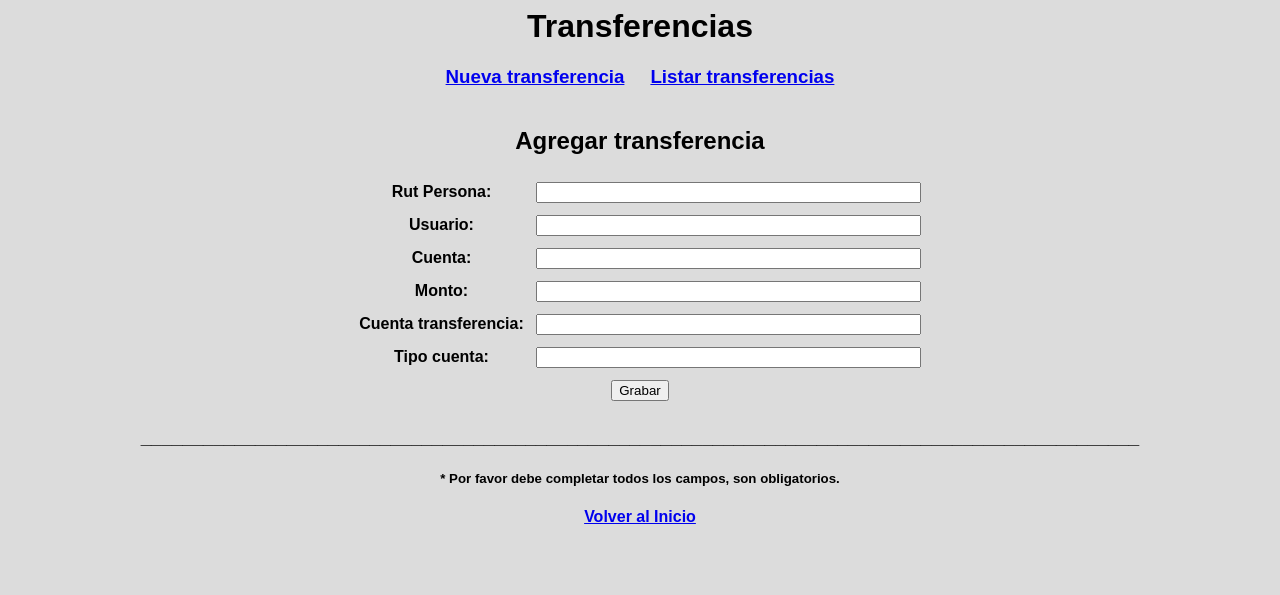
Repository: miguelalvarezcl/examen
Page: http://localhost/CtaCorriente/newtransferencia
An editor plug-in stored every save of this project. The page is shown before and after the next save, followed by the edit.
The browser window is 1280 px wide. The pictures show the whole page.
The page is served by Tomcat 9.

Above is the page before, as saved 2021-11-13 22:47:18.

After the next save:
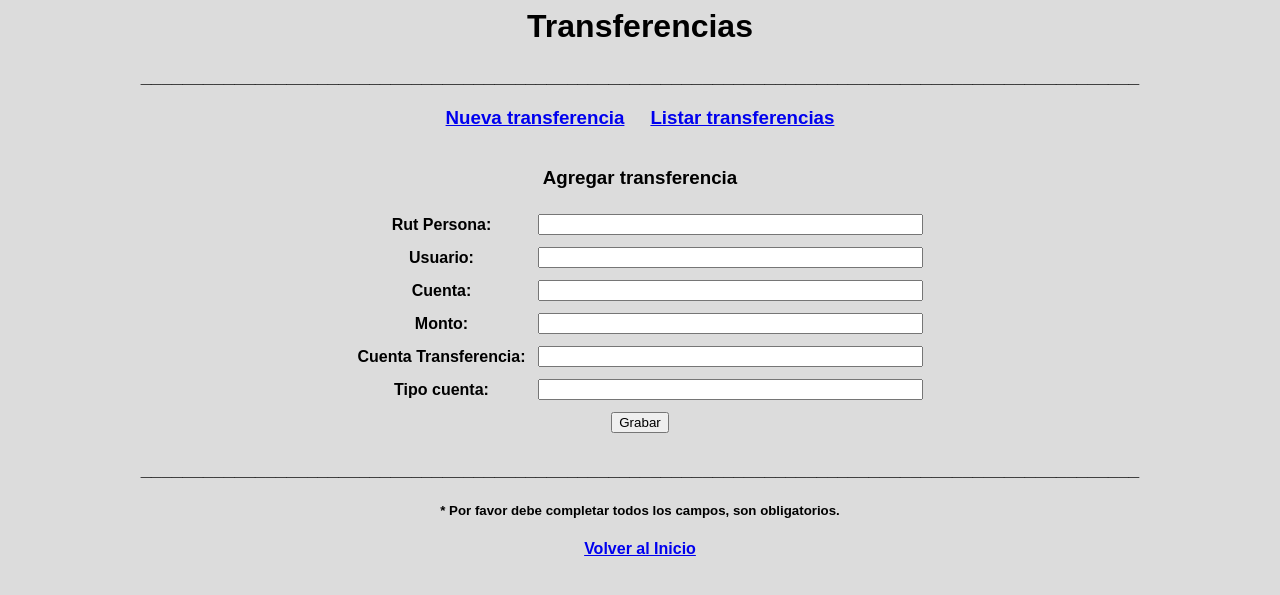
Saved 69 s later.
--- a/CtaCorriente/WebContent/FormularioTransferencia.jsp
+++ b/CtaCorriente/WebContent/FormularioTransferencia.jsp
@@ -9,7 +9,7 @@
 
     <center>
         <h1>Transferencias</h1>
-
+        <h3>________________________________________________________________________________________________</h3>
     <h3>
             <a href="/CtaCorriente/newtransferencia">Nueva transferencia</a>
             &nbsp;&nbsp;&nbsp;
@@ -27,14 +27,14 @@
         </c:if>
         <table border="0" cellpadding="5">
             <caption>
-                <h2>
+                <h3>
                     <c:if test="${transferencia != null}">
                         Editar transferencia
                     </c:if>
                     <c:if test="${transferencia == null}">
                         Agregar transferencia
                     </c:if>
-                </h2>
+                </h3>
             </caption>
                 <c:if test="${transferencia != null}">
                     <input type="hidden" name="id" value="${transferencia.id}" />
@@ -74,7 +74,7 @@
             </tr>
 
             <tr>
-                <th>Cuenta transferencia: </th>
+                <th>Cuenta Transferencia: </th>
                 <td>
                     <input type="text" name="cuentatransferencia" size="45"
                             value="${transferencia.cuentatransferencia}"
